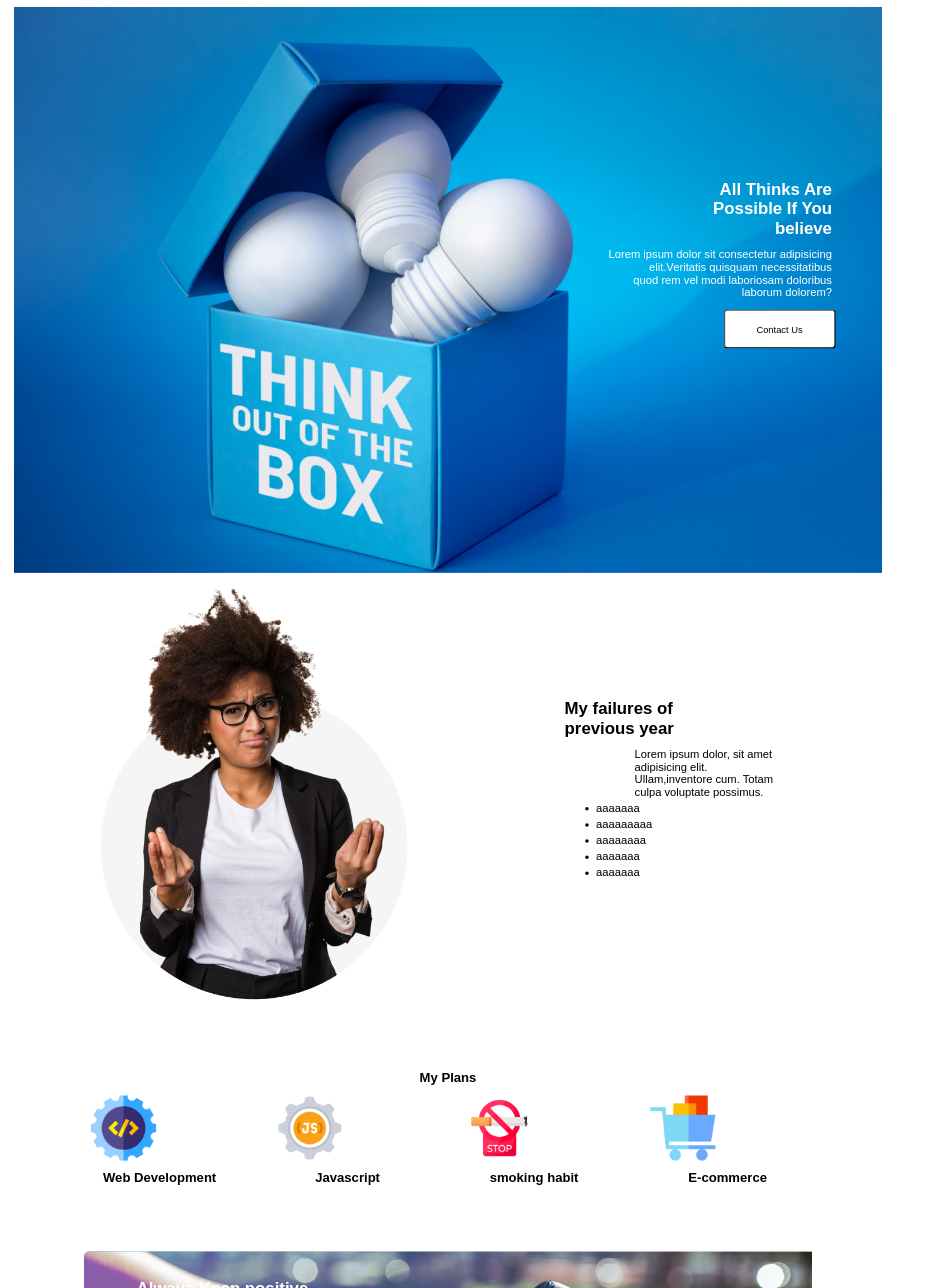
Repository: sadiaafsana138/All-Thinks-Are-Possible-Website
Page: index.html
The author's editor kept a copy of each file at every save. The page is drawn from the files as they stood at one save, then again after the next save.
The browser window is 1280 px wide. The page is 1344 px wide, so the pictures cover 1344 px, including what lies to the right of the window. The pictures show the part of the page from y = 0 to 1840 px (the page is 2597 px tall), at 70% of full size.

Above is the page before, as saved 2023-01-08 13:21:25.

### index.html
<!DOCTYPE html>
<html lang="en">

<head>
    <meta charset="UTF-8">
    <meta http-equiv="X-UA-Compatible" content="IE=edge">
    <meta name="viewport" content="width=device-width, initial-scale=1.0">
    <title>First Website</title>
    <link rel="stylesheet" href="styles/web.css">
</head>

<body>
    <!-- header -->
    <header>
        <section class="section1">
            <div>
                <h1 id="head-text1">
                    All Thinks Are<br>Possible If You<br>believe
                </h1>
                <p id="head-text2" >Lorem ipsum dolor sit consectetur adipisicing<br>elit.Veritatis quisquam necessitatibus <br>quod rem vel modi laboriosam doloribus<br>laborum dolorem?
                </p>
                <button id="button1">
                    Contact Us
                </button>
            </div>
        </section>
    </header>
    <main>
        <!--second section-->
        <section class="section2">
            <div id="sec2details">
                <img id="sec2img" src="images/person.png" alt="person">
                <div id="sec2text">
                    <h2>
                        My failures of <br>
                        previous year
                    </h2>
                    <p>
                        Lorem ipsum dolor, sit amet adipisicing
                        elit. Ullam,inventore cum. Totam culpa voluptate possimus.
                    </p>
                    <ul>
                        <li>aaaaaaa</li>
                        <li>aaaaaaaaa</li>
                        <li>aaaaaaaa</li>
                        <li>aaaaaaa</li>
                        <li>aaaaaaa</li>
                    </ul>
                </div>
            </div>
        </section>

        <!--section 3-->
        <section class="section3">
            <h3>
                My Plans
            </h3>
            <div id="sec3details" >

                <div>
                    <img src="images/icons/web.png" alt="" class="center"><br>
                    <H3>Web Development</H3>
                    <p>I want to start</p>
                </div>
                <div>
                    <img src="images/icons/js.png" alt="" class="center"><br>
                    <H3>Javascript</H3>
                    <p>I want to learn</p>
                </div>
                <div>
                    <img src="images/icons/smoke.png" alt="" class="center"><br>
                    <H3>smoking habit</H3>
                    <p>I want to end</p>
                </div>
                <div>
                    <img src="images/icons/ecom.png" alt="" class="center"><br>
                    <H3>E-commerce</H3>
                    <p>I want to develop</p>
                </div>
            </div>
            <div id="mindset">

                <div id="mindsetxt">
                    <h1 >Always Keep positive
                        <br>Mindset</h1><br>
                    <button id="button2">Call now</button>
                </div>
            </div>
        </section>

    </main>
    <footer>
        <Section class="Footer">
            <div id="footerdetails">
                <h2>Future</h2><br>
                <p>Lorem ipsum dolor sit amet consectetur adipisicing elit.<br>Totam ullam accusamus sequi dolor dolores suscipit dignissimos
                </p>
                <p>Email: XXXXXX@gmail.com</p>
                <P>phone-no: 01516656595</P><br>
                <ul>
                    <li><img src="images/icons/fb.png" alt=""></li>
                    <li><img src="images/icons/youtube.png" alt=""></li>
                    <li><img src="images/icons/twitter.png" alt=""></li>
                </ul>
            </div>
            <input>
                <h3>subscribe</h3><br>
                <input type="email" placeholder="Enter Your Email">

                <br>
                <button>subscribe here</button>
            </div>
        </Section>
    </footer>
</body>

</html>

### styles/web.css
*{
margin: 5px 5px ;
font-family: Arial, Helvetica, sans-serif;
}
.section1{
    background-image:url(../images/banner/banner3.png);
    height: 808px;
    width:cover;
    background-repeat: no-repeat;
    background-color: blue;

}
#head-text1{
    color: white;
    padding-left: 50% ;
    padding-right:5%;
    padding-top: 20%;
    text-align: right;
    Font-style: Bold;
}
#head-text2{
    color: white;
    padding-left: 50% ;
    padding-right:5%;
    text-align: right;
}
#button1{
    margin-top: 10px;
    width: 160px;
    height: 56px;
    left: 640px;
    top: 438px;
    text-align: center;
    align-items: right;
    background: white;
    border-radius: 5px;
    margin-right: 150px;
    margin-left: 82%;
    align-content: right;
}
#sec2details{
    display: flex;
    width: 1000px;
    height: 700px;
    margin-left: 100px;
    margin-right: 100px;
}
#sec2img{
    align-items: center;

    margin-bottom:20%;
    height: 600px;
    width: 500px;
}
#sec2text{
        text-align: justify;
        margin-left: 20%;
        margin-top: 17%;
        margin-bottom: 20%;
}
#sec2text p{
    text-align: left;
    color: black;
    text-decoration: justify;
}
.section3 h3,p{
   text-align: center;
}
p{
    color:rgb(88, 81, 81)
}
#sec3details{
    display: flex;
    justify-content: space-between;
    margin-left: 100px;
    margin-right: 100px;
}
#mindset{
    margin-left: 100px;
    margin-right: 100px;
    background-image: url(../images/gradient1.png) ,url(../images/watch.png);
    background-repeat: no-repeat, repeat;
    background-blend-mode:lighten;
    height: 250px;
}
#mindsetxt h1{
    text-align: left;
    margin-left: 70px;
    margin-top: 50px;
    padding-top: 40px;
    color: white;
}
#button2{
    margin-top: 5px;
    width: 120px;
    height: 50px;
    text-align: center;
    align-items: left;
    background: white;
    border-radius: 5px;
    margin-left: 70px;
    align-content:left;
    color: rgb(20, 124, 165);

}
.Footer{
    margin-top: 50px;
    height: 500px;
    width: cover;
    background-color: black;
    display: flex;
}
#footerdetails h2,p{
    padding-top: 10px;
    color: white;
    text-align:left;
    padding-left: 100px;
}
#footerdetails ul{
    display: flex;
    padding-left: 100px;
}

After the next save:
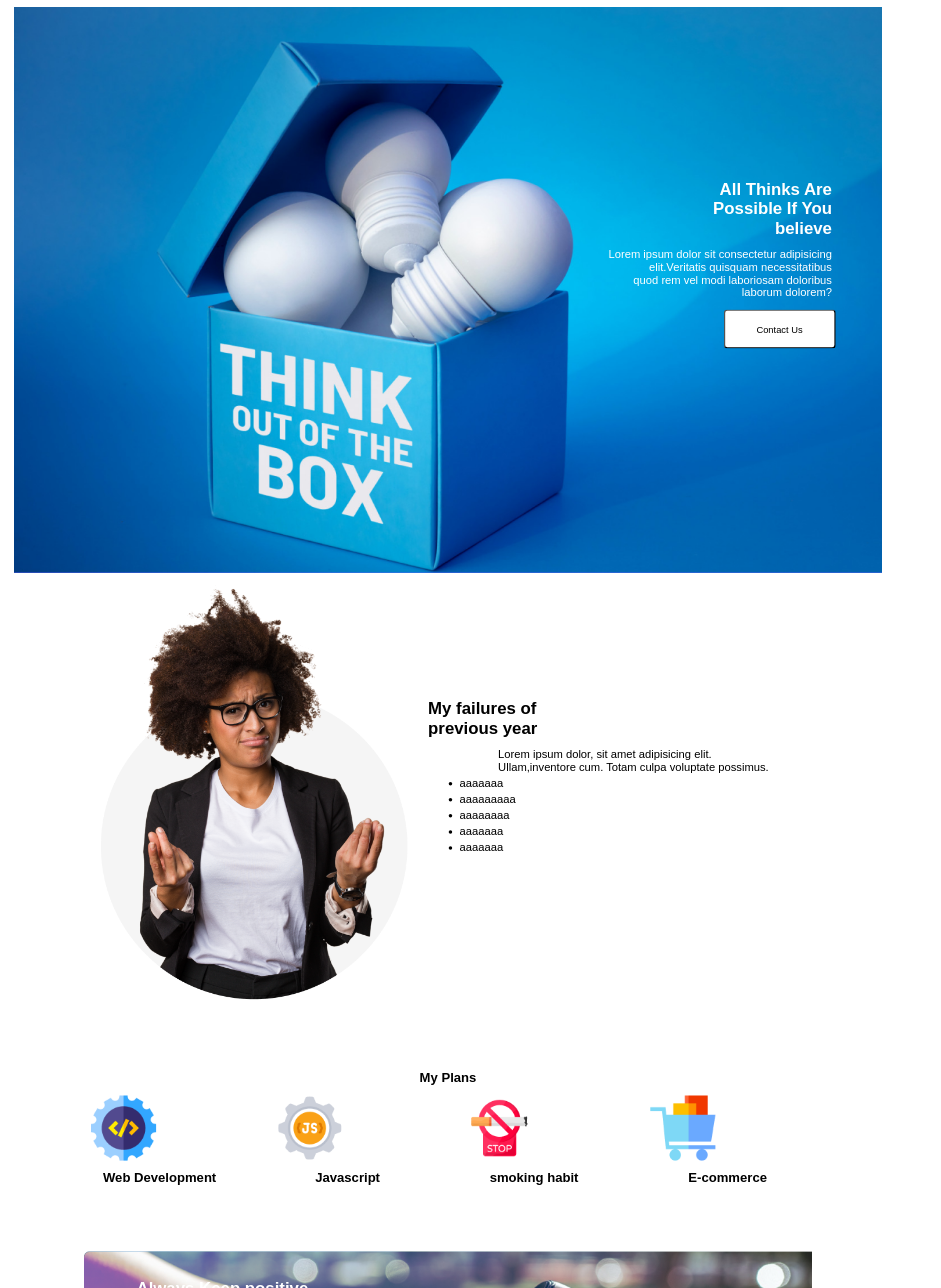
Saved 80 s later.
--- a/styles/web.css
+++ b/styles/web.css
@@ -54,7 +54,7 @@
 }
 #sec2text{
         text-align: justify;
-        margin-left: 20%;
+
         margin-top: 17%;
         margin-bottom: 20%;
 }

After the save that followed:
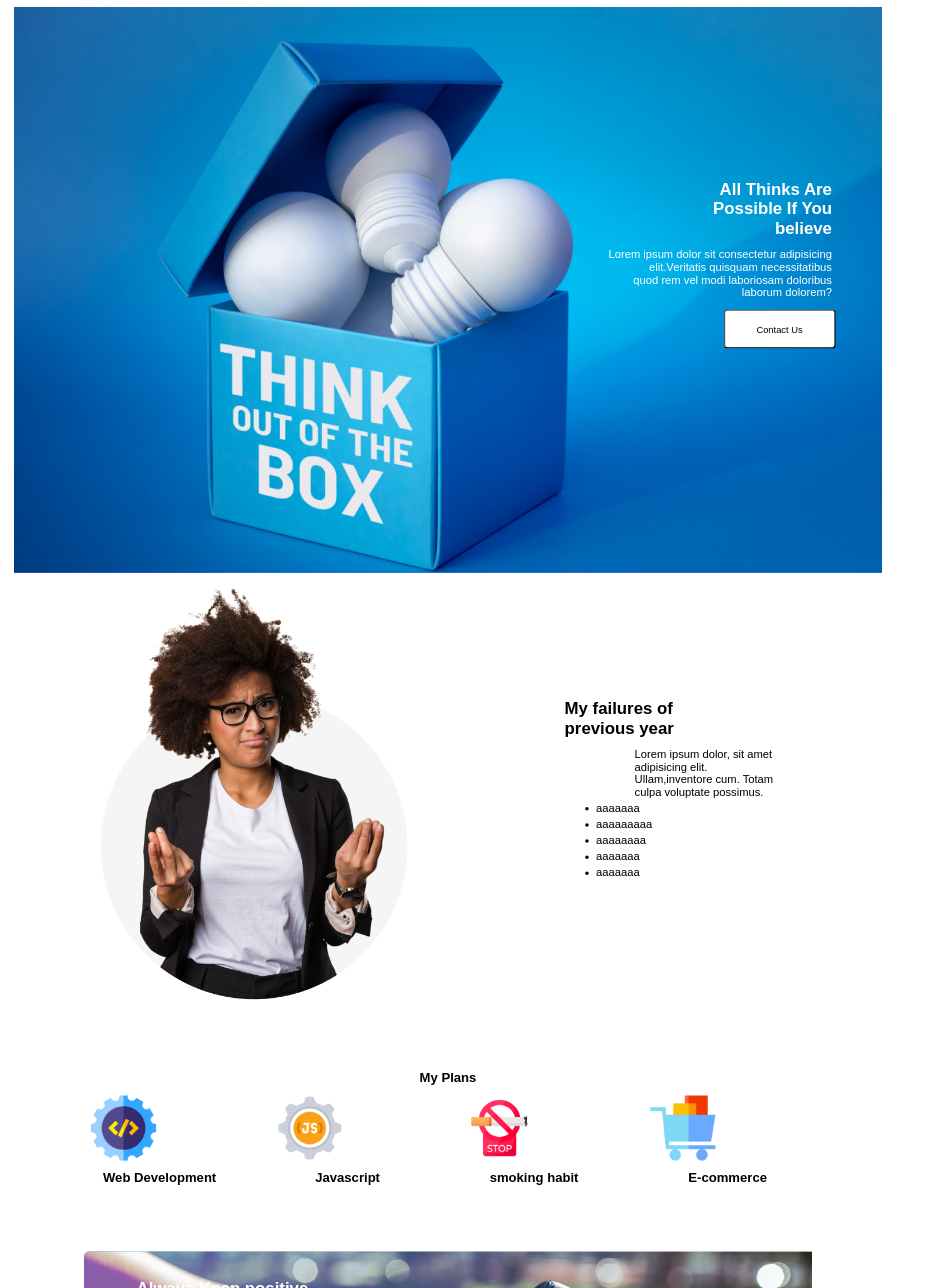
Saved 52 s later.
--- a/styles/web.css
+++ b/styles/web.css
@@ -54,14 +54,13 @@
 }
 #sec2text{
         text-align: justify;
-
+        margin-left:20%;
         margin-top: 17%;
         margin-bottom: 20%;
 }
 #sec2text p{
     text-align: left;
     color: black;
-    text-decoration: justify;
 }
 .section3 h3,p{
    text-align: center;
